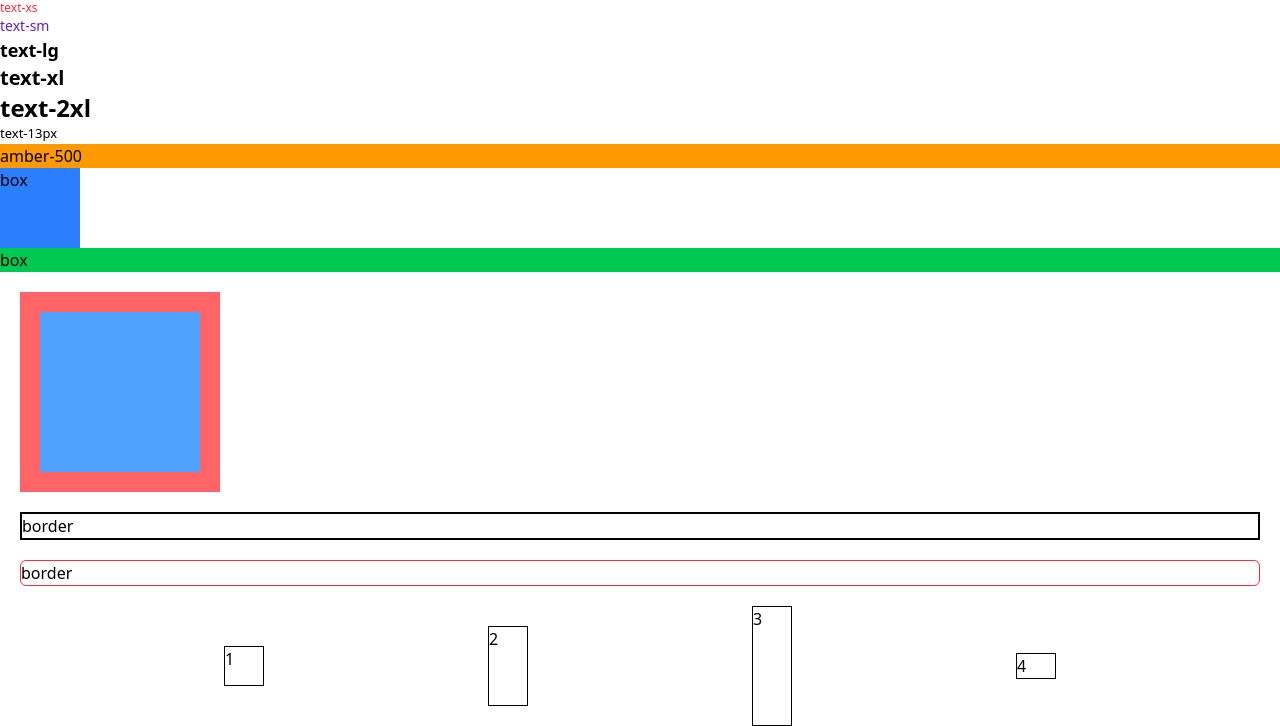
Repository: kkhhjjoo/onebite-tailwind
Page: /
The author's editor kept a copy of each file at every save. The page is drawn from the files as they stood at one save, then again after the next save.
The browser window is 1280 px wide. The pictures show the whole page.
The project was rebuilt for these pictures with package versions that can differ from the ones it lists, and the page was loaded fresh each time. Also part of the build but not shown: vite.config.ts, src/App.css.

Above is the page before, as saved 2025-12-24 20:04:44.

After the next save:
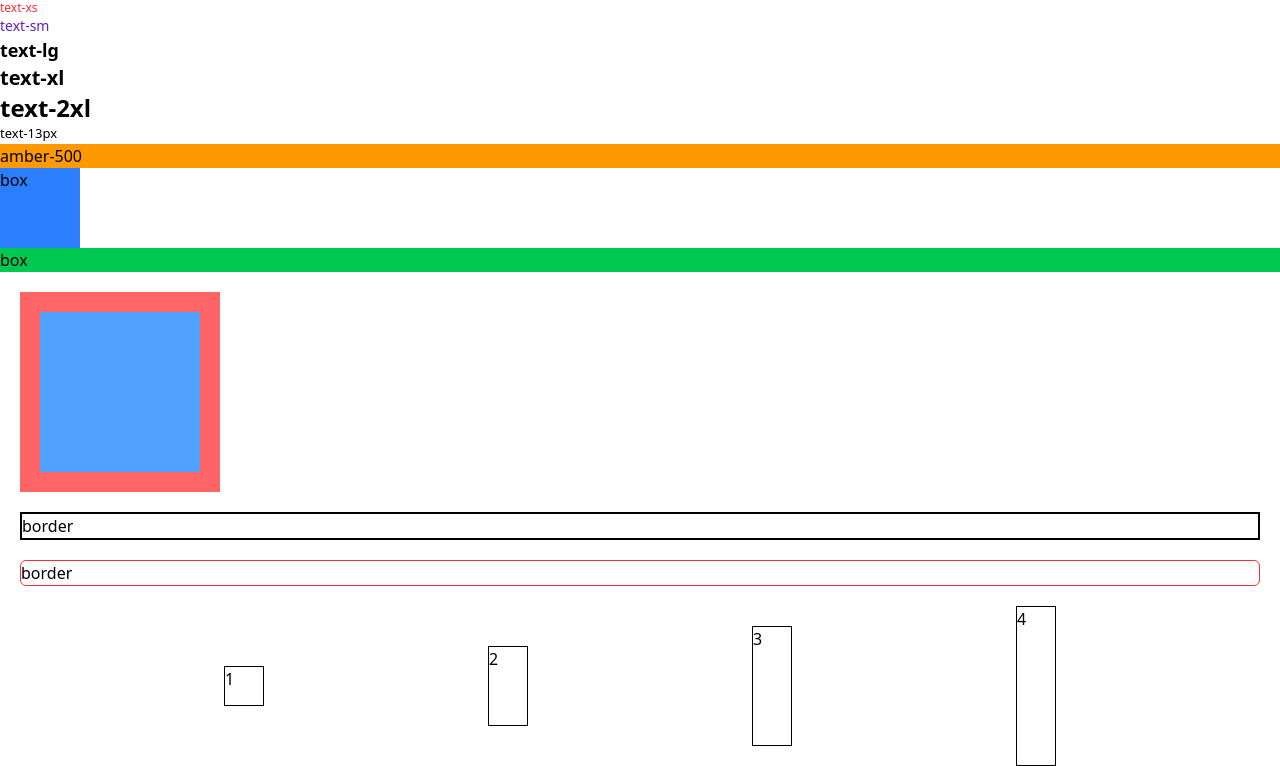
Saved 7 s later.
--- a/src/App.tsx
+++ b/src/App.tsx
@@ -35,7 +35,7 @@ function App() {
         <div className="h-10 w-10 border">1</div>
         <div className="h-20 w-10 border">2</div>
         <div className="h-30 w-10 border">3</div>
-        <div className="w-10 border">4</div>
+        <div className="h-40 w-10 border">4</div>
       </div>
     </div>
   );
